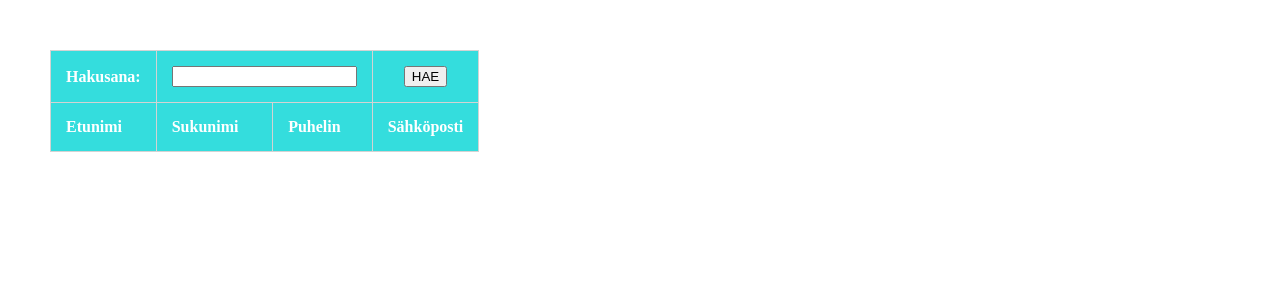
Repository: NellaPih/Asiakkaat
Page: http://localhost/Asiakkaat/listaaasiakkaat.jsp
An editor plug-in stored every save of this project. The page is shown before and after the next save, followed by the edit.
The browser window is 1280 px wide. The pictures show the whole page.
The page is served by Tomcat 9.

Above is the page before, as saved 2020-04-25 10:04:41.
Console error: SyntaxError: Unexpected token ')'

After the next save:
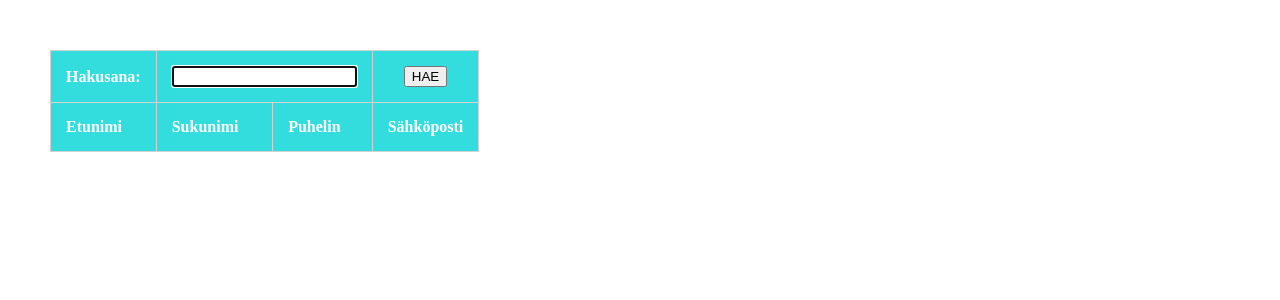
The error is gone.
Saved 81 s later.
--- a/Asiakkaat/WebContent/listaaasiakkaat.jsp
+++ b/Asiakkaat/WebContent/listaaasiakkaat.jsp
@@ -55,7 +55,7 @@
         	$("#listaus tbody").append(htmlStr);
         });
     }});
-})};
+};
 
 </script>
 </body>
